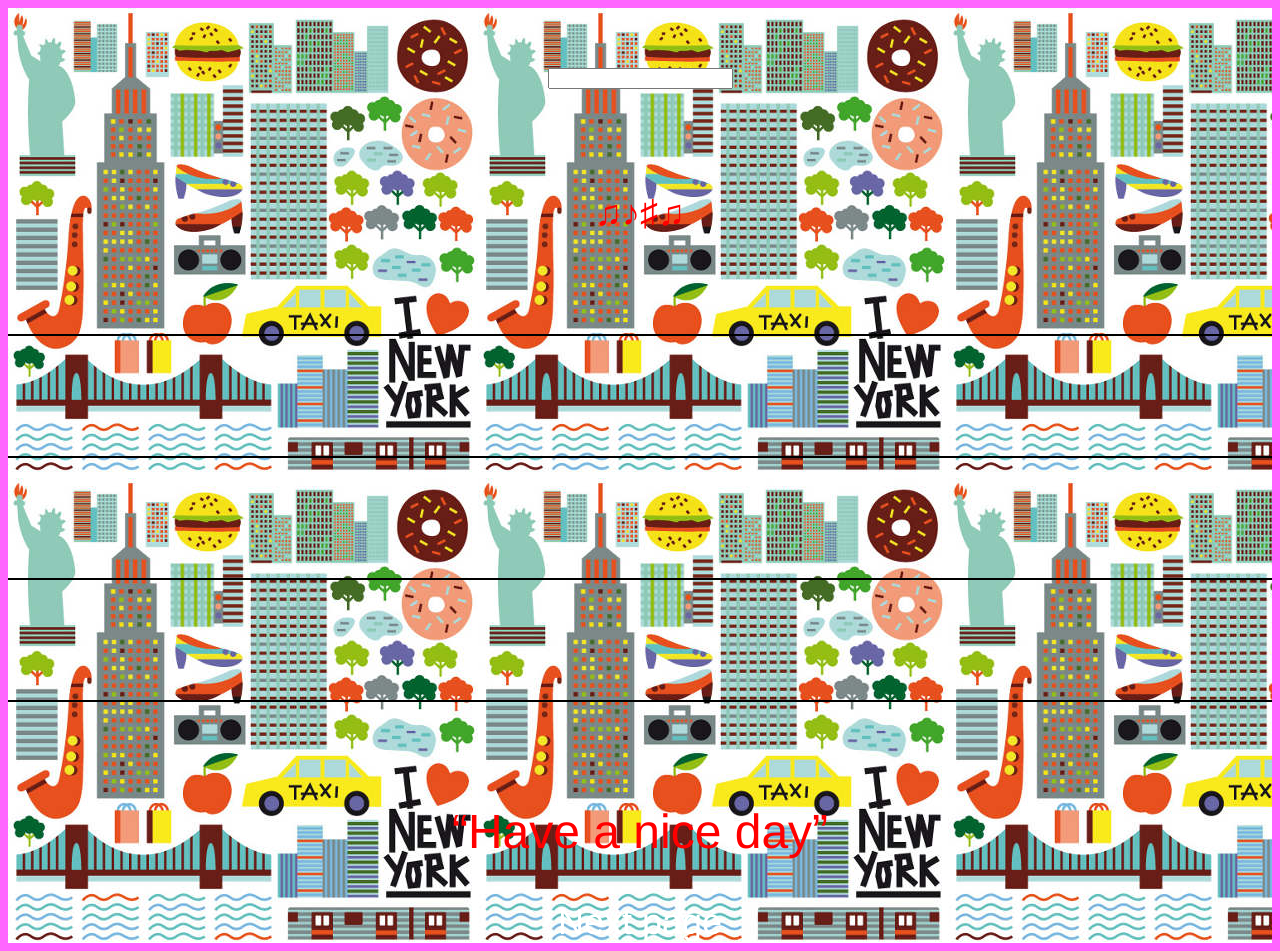
Repository: jangj879/jangj879.github.io
Page: 3_page.html
The author's editor kept a record of every edit. The page is drawn from the files as they stood at one moment, then again after the next edit.
The browser window is 1280 px wide. The pictures show the whole page.

Above is the page before.

After the next edit:
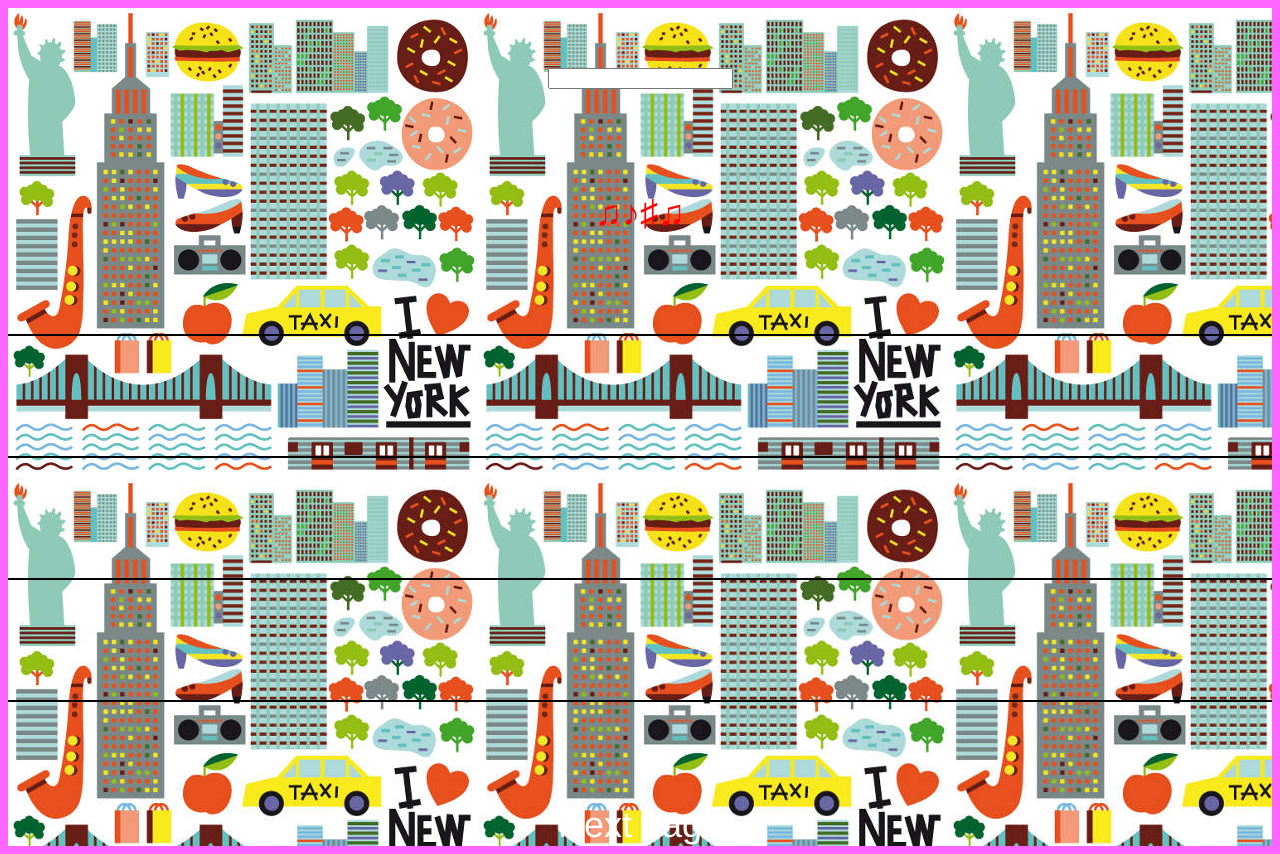
The edit:
--- a/3_page.html
+++ b/3_page.html
@@ -63,9 +63,6 @@
     <br>
     </br>
 
-    <font size="17">&#8220;Have a nice day&#8221;</font>
-
-    <br></br>
 
     <a href="4_page">Next page</a>
 
